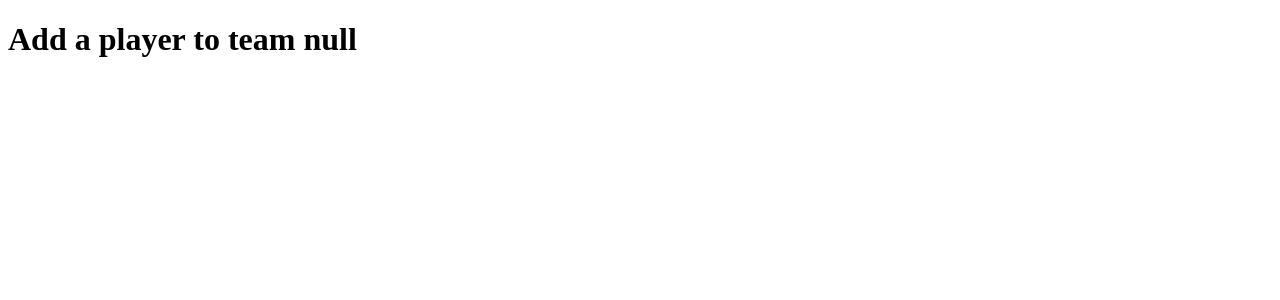
Repository: ohis/JAVAOnTheWeb
Page: http://localhost/TeamRoster/Players
An editor plug-in stored every save of this project. The page is shown before and after the next save, followed by the edit.
The browser window is 1280 px wide. The pictures show the whole page.
The page is served by Tomcat 9. Other server files are loaded and not shown.

Above is the page before, as saved 2017-12-04 04:32:06.

### servlets/TeamRoster/WebContent/WEB-INF/views/NewPlayer.jsp
<%@ page language="java" contentType="text/html; charset=ISO-8859-1"
    pageEncoding="ISO-8859-1"%>
<!DOCTYPE html PUBLIC "-//W3C//DTD HTML 4.01 Transitional//EN" "http://www.w3.org/TR/html4/loose.dtd">
<html>
<head>
<meta http-equiv="Content-Type" content="text/html; charset=ISO-8859-1">
<title>Create a new Player</title>
</head>
<body>
   <% String t = (String)request.getSession().getAttribute("tname"); %>

  <h1>Add a player to team  <%= t %></h1>

</body>
</html>

### servlets/TeamRoster/src/com/codingdojo/web/controller/team/Players.java
package com.codingdojo.web.controller.team;

import java.io.IOException;

import javax.servlet.RequestDispatcher;
import javax.servlet.ServletException;
import javax.servlet.annotation.WebServlet;
import javax.servlet.http.HttpServlet;
import javax.servlet.http.HttpServletRequest;
import javax.servlet.http.HttpServletResponse;
import javax.servlet.http.HttpSession;

/**
 * Servlet implementation class Players
 */
@WebServlet("/Players")
public class Players extends HttpServlet {
	private static final long serialVersionUID = 1L;

    /**
     * @see HttpServlet#HttpServlet()
     */
    public Players() {
        super();
        // TODO Auto-generated constructor stub
    }

	/**
	 * @see HttpServlet#doGet(HttpServletRequest request, HttpServletResponse response)
	 */
	protected void doGet(HttpServletRequest request, HttpServletResponse response) throws ServletException, IOException {
		// TODO Auto-generated method stub
		HttpSession session = request.getSession();
		String tName = (String)session.getAttribute("name");
		session.setAttribute("tname", tName);
		RequestDispatcher view = request.getRequestDispatcher("/WEB-INF/views/NewPlayer.jsp");
		view.forward(request, response);
	}

	/**
	 * @see HttpServlet#doPost(HttpServletRequest request, HttpServletResponse response)
	 */
	protected void doPost(HttpServletRequest request, HttpServletResponse response) throws ServletException, IOException {
		// TODO Auto-generated method stub
		doGet(request, response);
	}

}

After the next save:
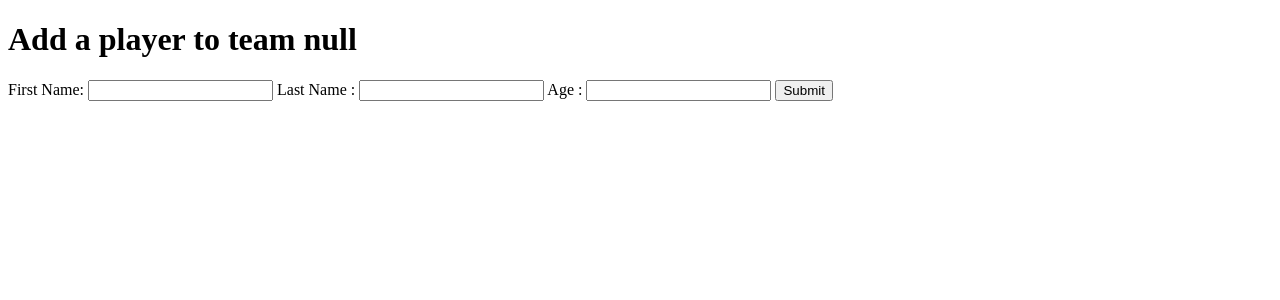
Saved 4 min 8 s later.
--- a/servlets/TeamRoster/WebContent/WEB-INF/views/NewPlayer.jsp
+++ b/servlets/TeamRoster/WebContent/WEB-INF/views/NewPlayer.jsp
@@ -11,5 +11,15 @@
 
   <h1>Add a player to team  <%= t %></h1>
 
+  <form action="" method="post">
+    <label>First Name:</label>
+    <input type="text" name="fname">
+    <label>Last Name :</label>
+    <input type="text" name="lname">
+    <label>Age :</label>
+    <input type="number" name="age">
+    <input type="submit" value="Submit">
+  </form>
+
 </body>
 </html>
